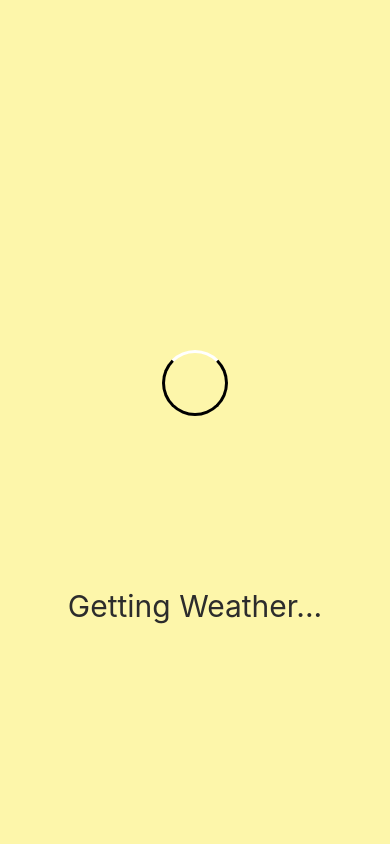
Repository: Exchallenger/Weather-app
Screen: /
An editor plug-in stored every save of this project. The screen is shown before and after the next save, followed by the edit.
The app was drawn by React Native's web renderer in a window 390 px wide. The project was rebuilt for these pictures with package versions that can differ from the ones it lists, and the page was loaded fresh each time. Also part of the build but not shown: weather.js.

Above is the screen before, as saved 2021-01-15 15:57:16.

After the next save:
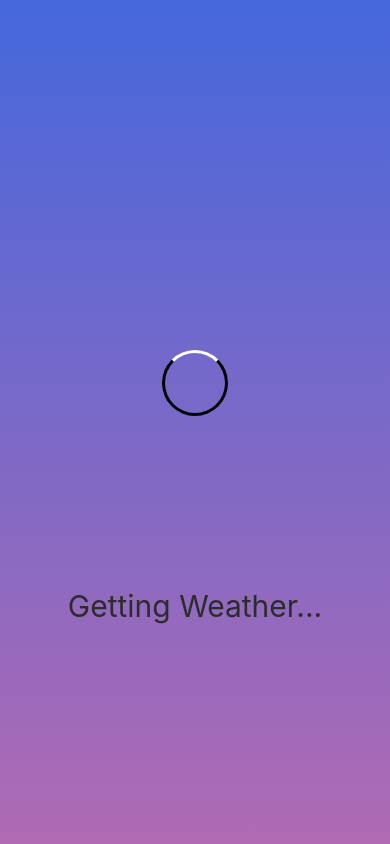
Saved 117 s later.
--- a/loading.js
+++ b/loading.js
@@ -1,13 +1,14 @@
 import React from 'react';
 import {StyleSheet, Text, View, StatusBar, Animated} from "react-native";
+import { LinearGradient } from 'expo-linear-gradient';
 
 export default function Loading(){
     return(
-    <View style={styles.container}>
+    <LinearGradient colors={['#4568dc','#b06ab3']} style={styles.container}>
         <StatusBar barStyle="dark-content"/>
         <View style={styles.load}></View>
         <View style={styles.texts}><Text style={styles.text}>Getting Weather...</Text></View>
-    </View>);
+    </LinearGradient>);
 }
 
 const styles = StyleSheet.create({
